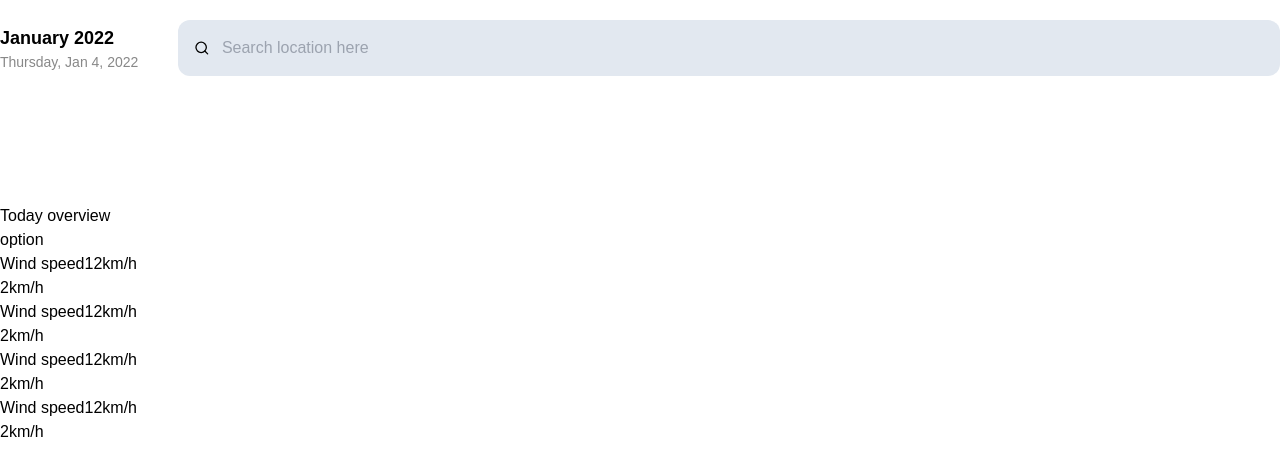
Repository: theweirdboiz/datawarehouse-ui
Page: /
These files come from the project's save history. The page is drawn as it stood at one moment and after the next save; the edit follows.
The browser window is 1280 px wide. The pictures show the whole page.
The project was rebuilt for these pictures with package versions that can differ from the ones it lists, and the page was loaded fresh each time. Also part of the build but not shown: vite.config.js.

Above is the page before, as saved 2022-11-23 16:09:55.

### index.html
<!DOCTYPE html>
<html lang="en">
  <head>
    <meta charset="UTF-8" />
    <link rel="icon" type="image/svg+xml" href="/vite.svg" />
    <meta name="viewport" content="width=device-width, initial-scale=1.0" />
    <title>Weather - Datawarehouse</title>
  </head>
  <body>
    <div id="root"></div>
    <script type="module" src="/src/main.jsx"></script>
  </body>
</html>

### src/App.jsx
import { useState } from "react";
import { FiSearch } from "react-icons/fi";
function App() {
  const date = "font-[900] text-lg";
  const detailDate = "text-sm text-[#888]";

  return (
    <div className="container mx-auto">
      <div className="">
        <section className="content">
          <div className="mt-[20px] flex items-center gap-x-10 mb-32">
            <div className="flex-col">
              <h3 className={date}>January 2022</h3>
              <div className={detailDate}>Thursday, Jan 4, 2022</div>
            </div>
            <div className="content__search p-4 flex items-center gap-x-3 flex-1 rounded-xl bg-slate-200">
              <FiSearch />
              <input
                className="w-full bg-transparent"
                type="text"
                placeholder="Search location here"
              />
            </div>
          </div>
          <div className="content__detail">
            <div className="">
              <h4>Today overview</h4>
              <div className="">option</div>
              <div className="content__detail-box">
                <div className="content__detail-item">
                  <i></i>
                  <div className="speed">
                    Wind speed
                    <span>12km/h</span>
                  </div>
                  <span>2km/h</span>
                </div>
                <div className="content__detail-item">
                  <i></i>
                  <div className="speed">
                    Wind speed
                    <span>12km/h</span>
                  </div>
                  <span>2km/h</span>
                </div>
                <div className="content__detail-item">
                  <i></i>
                  <div className="speed">
                    Wind speed
                    <span>12km/h</span>
                  </div>
                  <span>2km/h</span>
                </div>
                <div className="content__detail-item">
                  <i></i>
                  <div className="speed">
                    Wind speed
                    <span>12km/h</span>
                  </div>
                  <span>2km/h</span>
                </div>
              </div>
            </div>
          </div>
        </section>
      </div>
    </div>
  );
}

export default App;

### src/index.scss
@tailwind base;
@tailwind components;
@tailwind utilities;

@layer base {
  @import url("https://fonts.googleapis.com/css2?family=Poppins:wght@300;500;600;900&display=swap");

  *,
  *::before,
  *::after {
    box-sizing: border-box;
  }
  * {
    margin: 0;
    padding: 0;
  }
  body {
    line-height: 1.5;
    font-family: "Poppins", sans-serif;
  }
  img,
  picture,
  video,
  canvas,
  svg {
    display: block;
    max-width: 100%;
  }
  input,
  button,
  textarea,
  select {
    outline: none;
  }
  p,
  h1,
  h2,
  h3,
  h4,
  h5,
  h6 {
    overflow-wrap: break-word;
  }
}

Loaded but not shown: src/main.jsx (common file); tailwind.config.cjs (common file)

After the next save:
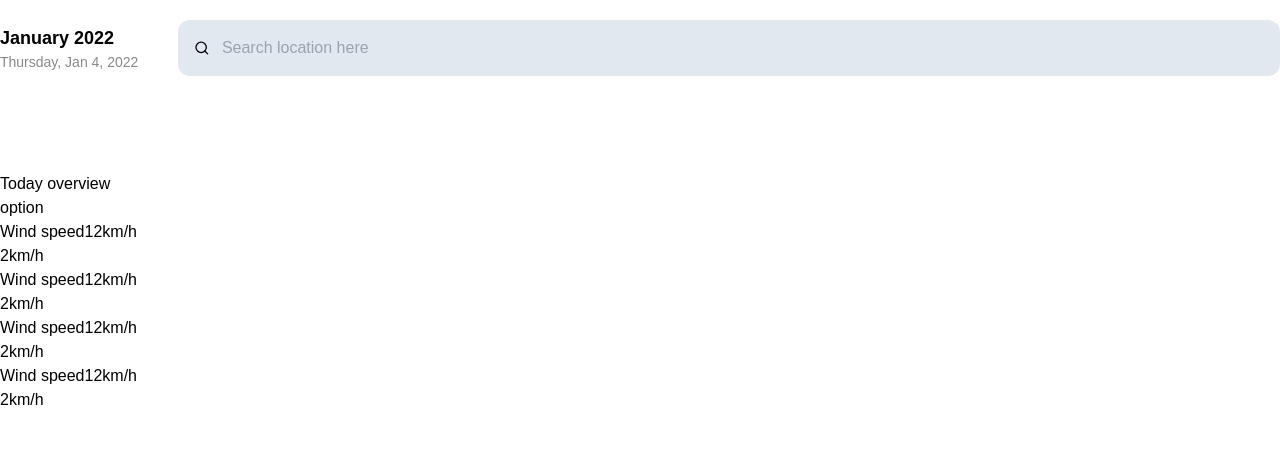
Saved 7 s later.
--- a/src/App.jsx
+++ b/src/App.jsx
@@ -8,7 +8,7 @@ function App() {
     <div className="container mx-auto">
       <div className="">
         <section className="content">
-          <div className="mt-[20px] flex items-center gap-x-10 mb-32">
+          <div className="mt-[20px] flex items-center gap-x-10 mb-24">
             <div className="flex-col">
               <h3 className={date}>January 2022</h3>
               <div className={detailDate}>Thursday, Jan 4, 2022</div>
